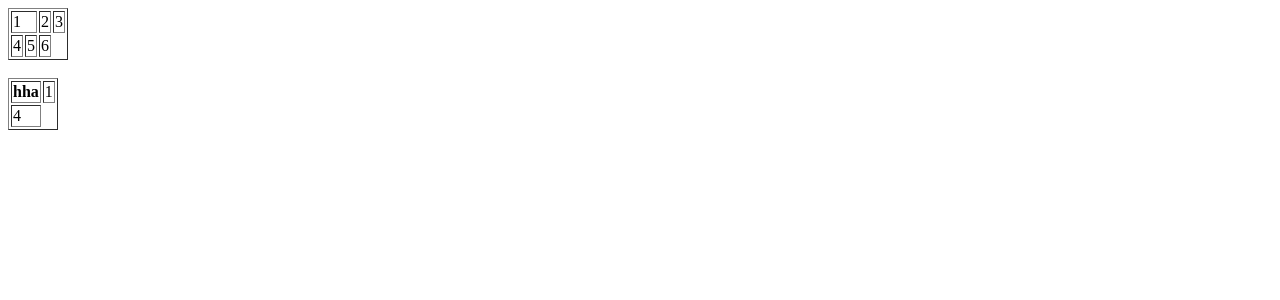
Repository: Jutta197/frontend726
Page: table.html
The author's editor kept a copy of each file at every save. The page is drawn from the files as they stood at one save, then again after the next save.
The browser window is 1280 px wide. The pictures show the whole page.

Above is the page before, as saved 2023-07-27 13:50:19.

After the next save:
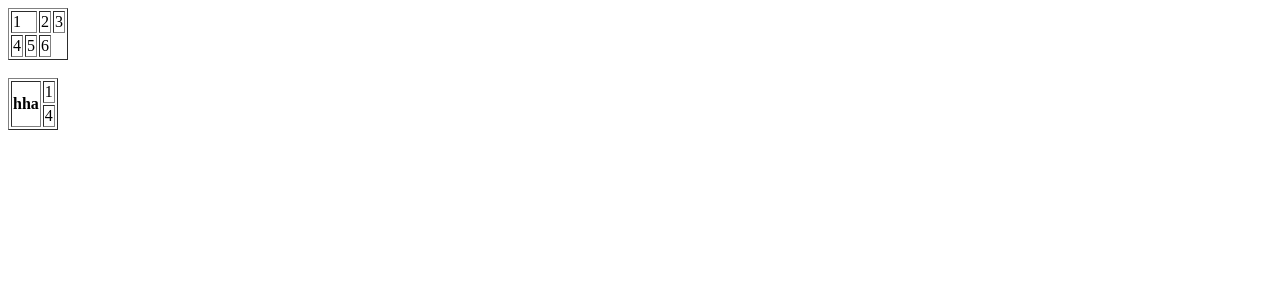
Saved 11 s later.
--- a/table.html
+++ b/table.html
@@ -24,7 +24,7 @@
     <br>
     <table border="1">
         <tr>
-            <th>hha</th>
+            <th rowspan="2">hha</th>
             <td>1</td>
         </tr>
         <tr>
